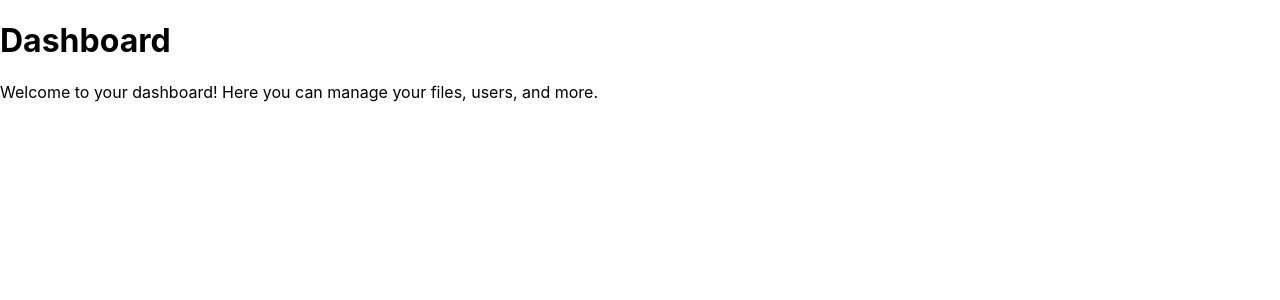
Repository: JaafarRezk/FrontEnd-InternetApplications
Page: /dashboard
These files come from the project's save history. The page is drawn as it stood at one moment and after the next save; the edit follows.
The browser window is 1280 px wide. The pictures show the whole page.
The project was rebuilt for these pictures with package versions that can differ from the ones it lists, and the page was loaded fresh each time. Also part of the build but not shown: src/styles/Home.module.css, src/components/Home.js, src/styles/Auth.module.css, src/components/Auth/Login.js, src/components/Auth/Register.js.

Above is the page before, as saved 2024-11-09 16:14:56.

### src/App.js
// src/App.js
import React from 'react';
import { BrowserRouter as Router, Route, Routes } from 'react-router-dom';
import Home from './components/Home';
import Login from './components/Auth/Login';

import Dashboard from './components/Dashboard';
import Register from './components/Auth/Register';

function App() {
  return (
    <Router>
      <div className="App">
      <Routes>
        <Route path="/" element={<Home />} />
        <Route path="/login" element={<Login />} />
        <Route path="/register" element={<Register />} />
        <Route path="/dashboard" element={<Dashboard />} />
      </Routes>
      </div>
    </Router>
  );
}

export default App;

### src/components/Dashboard.js
// src/components/Dashboard.js
import React from 'react';

const Dashboard = () => {
  return (
    <div>
      <h1>Dashboard</h1>
      <p>Welcome to your dashboard! Here you can manage your files, users, and more.</p>
      {/* يمكنك هنا إضافة مكونات إضافية مثل عرض الملفات أو إضافة مستخدمين */}
    </div>
  );
};

export default Dashboard;

Loaded but not shown: public/index.html (common file); src/index.js (common file); src/index.css (common file); src/reportWebVitals.js (common file)

After the next save:
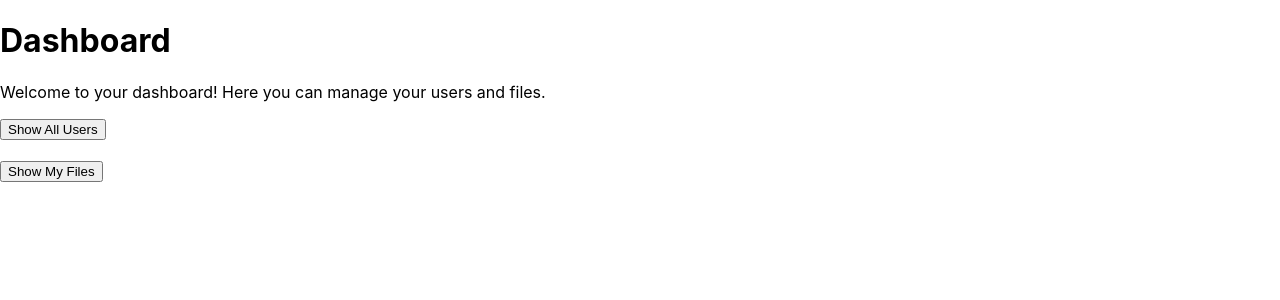
Saved 2 min 54 s later.
--- a/src/components/Dashboard.js
+++ b/src/components/Dashboard.js
@@ -1,12 +1,95 @@
 // src/components/Dashboard.js
-import React from 'react';
+import React, { useState } from 'react';
+import axios from 'axios';
 
 const Dashboard = () => {
+  const [users, setUsers] = useState([]);  // لتخزين المستخدمين
+  const [files, setFiles] = useState([]);  // لتخزين الملفات
+  const [error, setError] = useState('');  // لتخزين الأخطاء
+  const [loading, setLoading] = useState(false);  // لتحديد حالة التحميل
+
+  // دالة لجلب جميع المستخدمين
+  const fetchUsers = async () => {
+    setLoading(true);
+    setError('');
+    try {
+      const token = localStorage.getItem('token');
+      const response = await axios.get('http://127.0.0.1:8000/api/allUsers', {
+        headers: {
+          Authorization: `Bearer ${token}`,
+        },
+      });
+      setUsers(response.data);
+    } catch (error) {
+      setError('Failed to load users.');
+      console.error(error);
+    } finally {
+      setLoading(false);
+    }
+  };
+
+  // دالة لجلب جميع الملفات المرتبطة بالمستخدم
+  const fetchFiles = async () => {
+    setLoading(true);
+    setError('');
+    try {
+      const token = localStorage.getItem('token');
+      const response = await axios.get('http://127.0.0.1:8000/api/file/getMyFiles', {
+        headers: {
+          Authorization: `Bearer ${token}`,
+        },
+      });
+      setFiles(response.data);
+    } catch (error) {
+      setError('Failed to load files.');
+      console.error(error);
+    } finally {
+      setLoading(false);
+    }
+  };
+
   return (
     <div>
       <h1>Dashboard</h1>
-      <p>Welcome to your dashboard! Here you can manage your files, users, and more.</p>
-      {/* يمكنك هنا إضافة مكونات إضافية مثل عرض الملفات أو إضافة مستخدمين */}
+      <p>Welcome to your dashboard! Here you can manage your users and files.</p>
+
+      <div>
+        <button onClick={fetchUsers} disabled={loading}>
+          {loading ? 'Loading Users...' : 'Show All Users'}
+        </button>
+        {error && <p style={{ color: 'red' }}>{error}</p>}
+
+        {/* عرض المستخدمين بعد جلبهم */}
+        {users.length > 0 && (
+          <div>
+            <h3>Users:</h3>
+            <ul>
+              {users.map((user) => (
+                <li key={user.id}>{user.name} - {user.email}</li>
+              ))}
+            </ul>
+          </div>
+        )}
+      </div>
+
+      <div style={{ marginTop: '20px' }}>
+        <button onClick={fetchFiles} disabled={loading}>
+          {loading ? 'Loading Files...' : 'Show My Files'}
+        </button>
+        {error && <p style={{ color: 'red' }}>{error}</p>}
+
+        {/* عرض الملفات بعد جلبها */}
+        {files.length > 0 && (
+          <div>
+            <h3>My Files:</h3>
+            <ul>
+              {files.map((file) => (
+                <li key={file.id}>{file.name}</li>
+              ))}
+            </ul>
+          </div>
+        )}
+      </div>
     </div>
   );
 };
